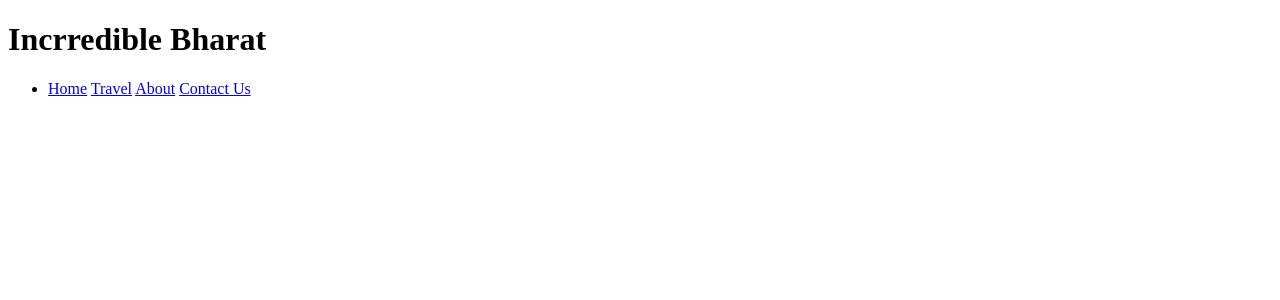
Repository: jaidhiman111/incrediblebharat
Page: index.html
An editor plug-in stored every save of this project. The page is shown before and after the next save, followed by the edit.
The browser window is 1280 px wide. The pictures show the whole page.

Above is the page before, as saved 2025-04-30 21:14:33.

After the next save:
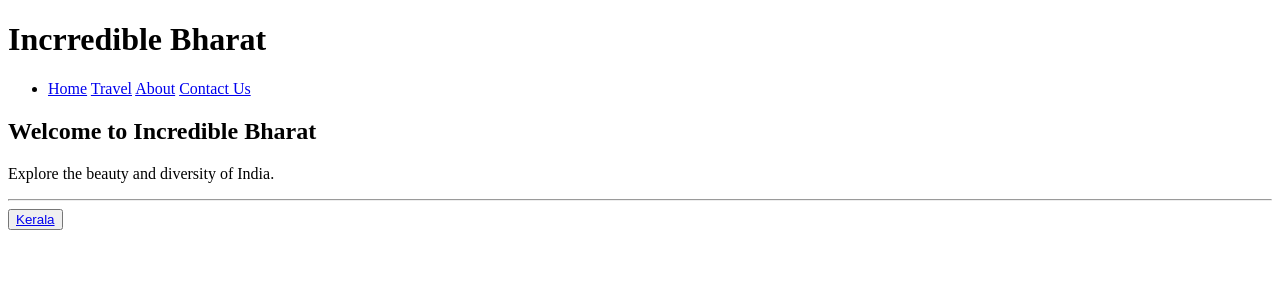
Saved 2 min 17 s later.
--- a/index.html
+++ b/index.html
@@ -6,6 +6,7 @@
     <title>Document</title>
 </head>
 <body>
+    <!-- This is the header of the page. -->
     <header class="header">
         <div class="logo">
             <h1>Incrredible Bharat</h1>
@@ -23,5 +24,16 @@
             </nav>
         </div>
     </header>
+    <!-- This is the main content of the page. -->
+     <main class="main-container">
+        <section>
+            <h2>Welcome to Incredible Bharat</h2>
+            <p>Explore the beauty and diversity of India.</p>
+        </section>
+        <hr>
+        <section>
+            <button type="button"><a href="#">Kerala</a></button>
+        </section>
+     </main>
 </body>
 </html>
